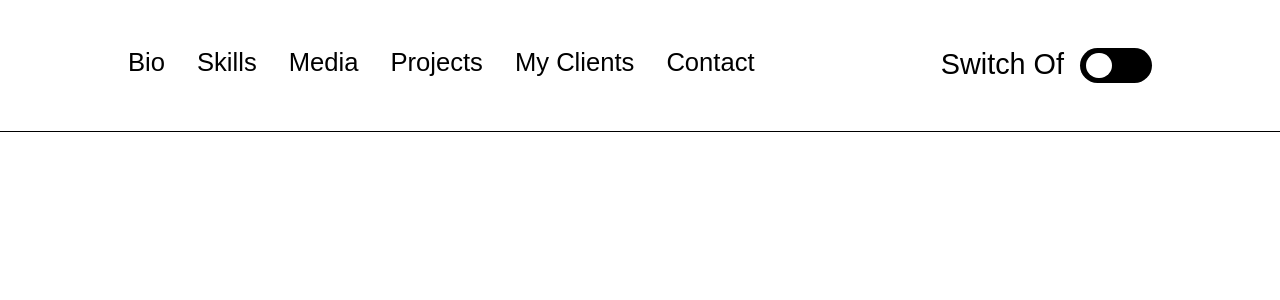
Repository: Eslam0Mohamed/portfolio
Page: index.html
These files come from the project's save history. The page is drawn as it stood at one moment and after the next save; the edit follows.
The browser window is 1280 px wide. The pictures show the whole page.

Above is the page before, as saved 2024-07-13 23:20:11.

After the next save:
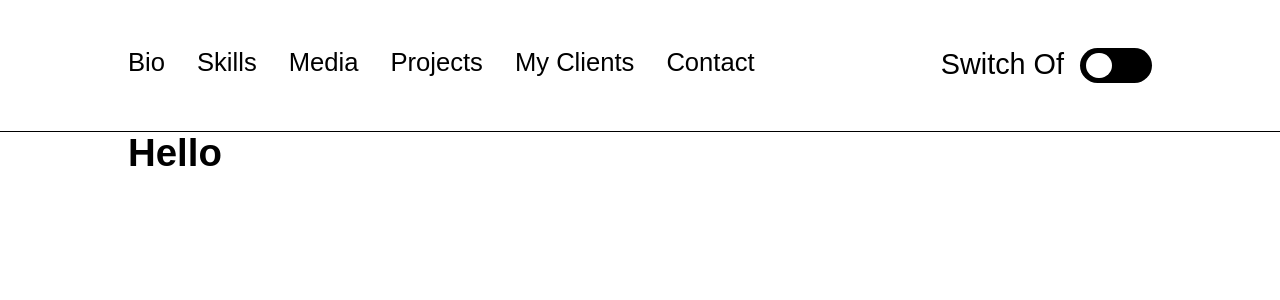
Saved 8 s later.
--- a/index.html
+++ b/index.html
@@ -34,7 +34,7 @@
             </div>
         </header>
         <section id="bio" class="bio">
-            <h1 class="bio__heading"></h1>
+            <h1 class="bio__heading">Hello </h1>
         </section>
     </div>
 </body>
